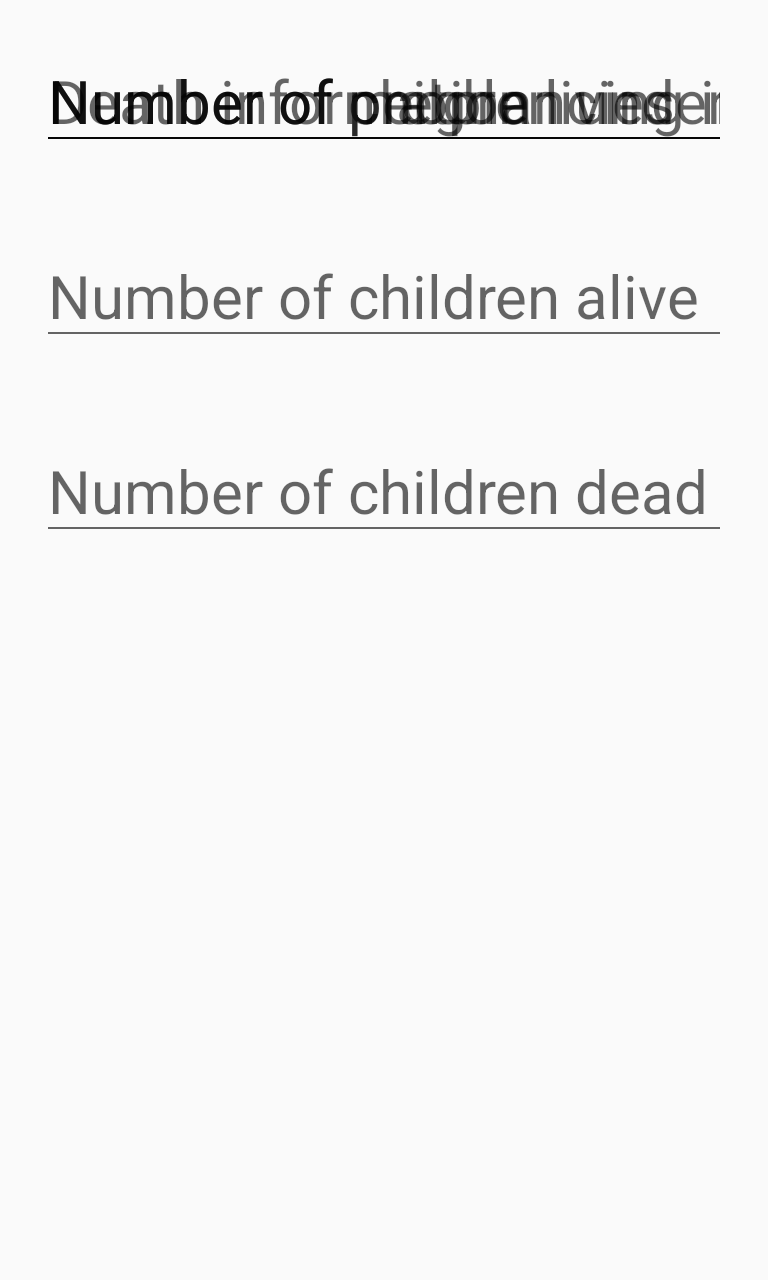
Repository: achavez812/GuatemalaProject2
Layout: GuateMedic-master/GuateMedic/res/layout/fragment_add_new_family_visit2.xml
These files come from the project's save history. The layout is drawn as it stood at one moment and after the next save; the edit follows.
It is drawn on a 768 x 1280 px phone screen (xhdpi) without system bars, with theme AppTheme; the app's code is not run.

Above is the layout before, as saved 2014-07-02 05:33:37.

After the next save:
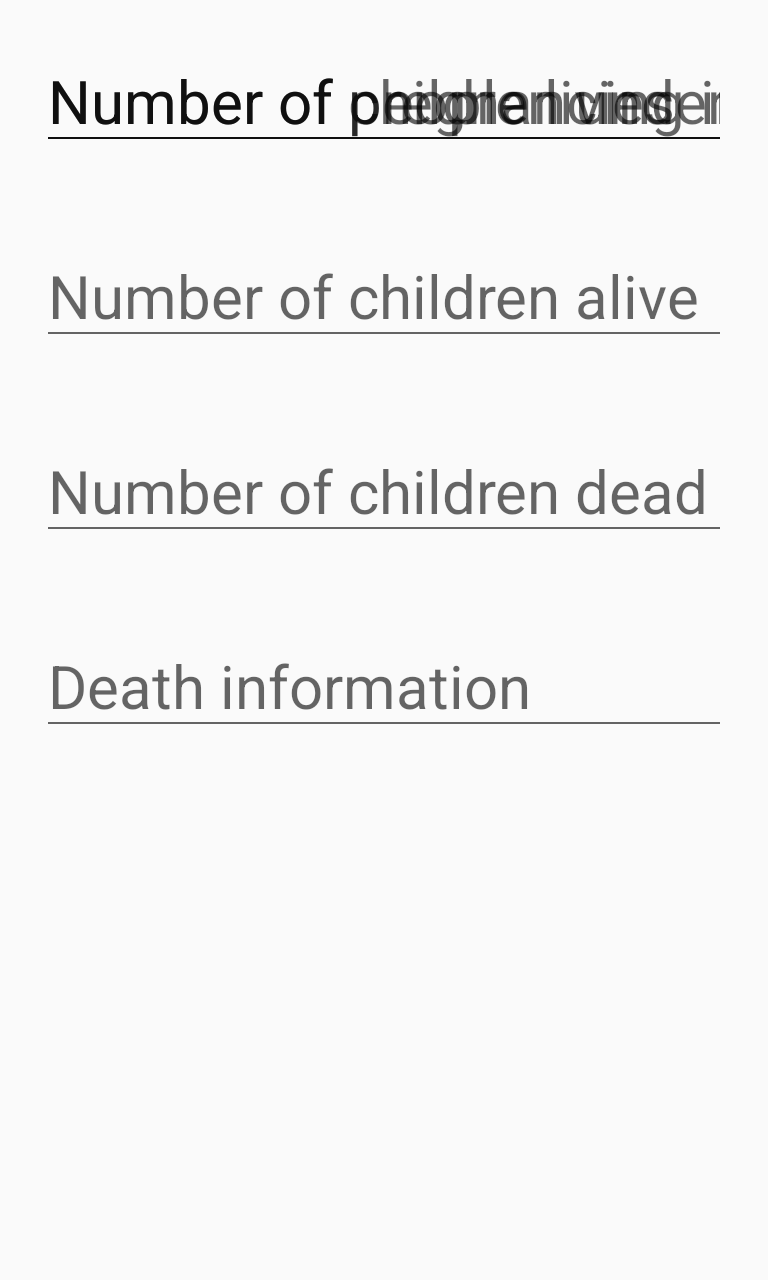
Saved 13 s later.
--- a/GuateMedic-master/GuateMedic/res/layout/fragment_add_new_family_visit2.xml
+++ b/GuateMedic-master/GuateMedic/res/layout/fragment_add_new_family_visit2.xml
@@ -37,6 +37,7 @@
         android:layout_width="match_parent"
         android:layout_height="wrap_content"
         android:layout_margin="20dp"
+        android:layout_below="@+id/family_visit2_num_children_dead"
         android:hint="Death information" />
 
    	<EditText
